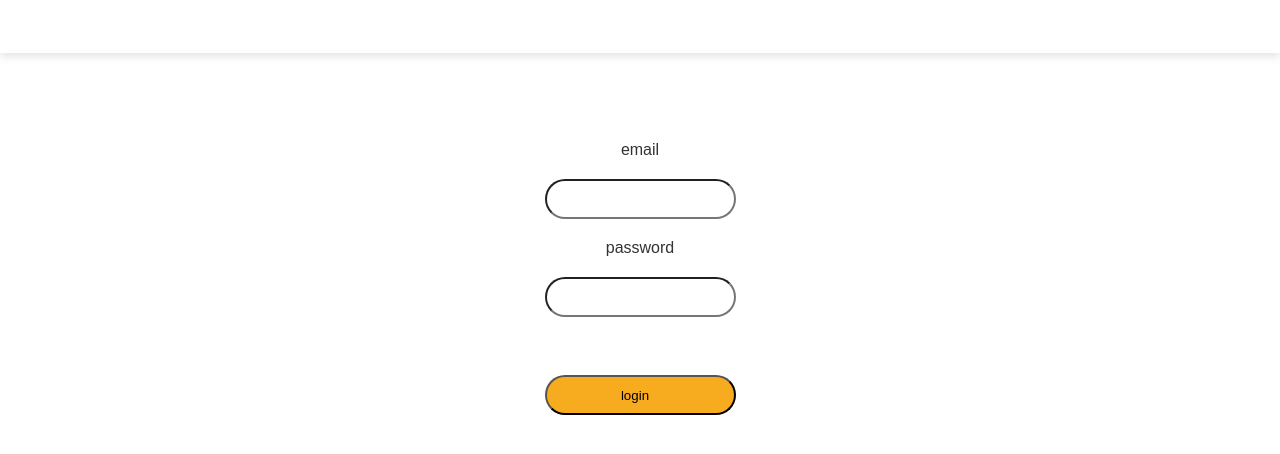
Repository: Yassin-Boushi/Safer
Page: http://localhost/login
The author's editor kept a copy of each file at every save. The page is drawn from the files as they stood at one save, then again after the next save.
The browser window is 1280 px wide. The pictures show the whole page.
The page is served by the project's Laravel application, run on PHP 8.4 with Laravel 9.

Above is the page before, as saved 2025-01-30 11:16:34.

After the next save:
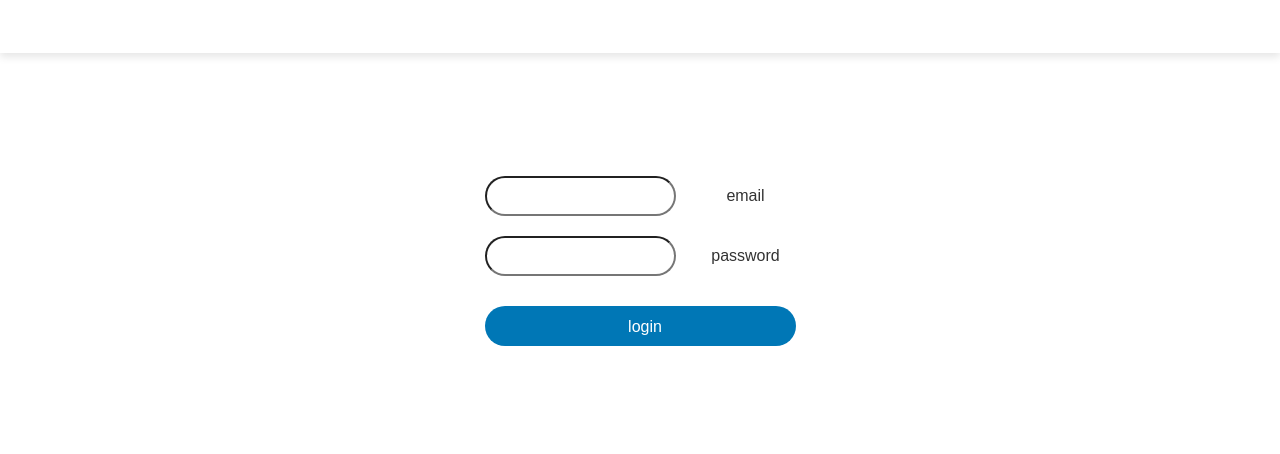
Saved 45 s later.
--- a/resources/views/login.blade.php
+++ b/resources/views/login.blade.php
@@ -6,11 +6,16 @@
 
             <form class="form-add" action="account/login" method="post" enctype="multipart/form-data" >
             @csrf
-             <label for="email">email</label>
-             <input class="form-styling" type="text" name="email" placeholder="" />
-             <label for="password">password </label> <input class="form-styling" type="password" name="password" placeholder="" />
-           <br>
-            <input type="submit" style="background-color: rgb(247, 171, 30) " class=" btn-signup " value="login">
+            <div>
+                <label for="email">email</label>
+                <input class="form-styling" type="text" name="email" placeholder="" />
+
+            </div>
+            <div>
+                <label for="password">password </label> <input class="form-styling" type="password" name="password" placeholder="" />
+
+            </div>
+            <input type="submit" class="button  " value="login">
 
 
 
